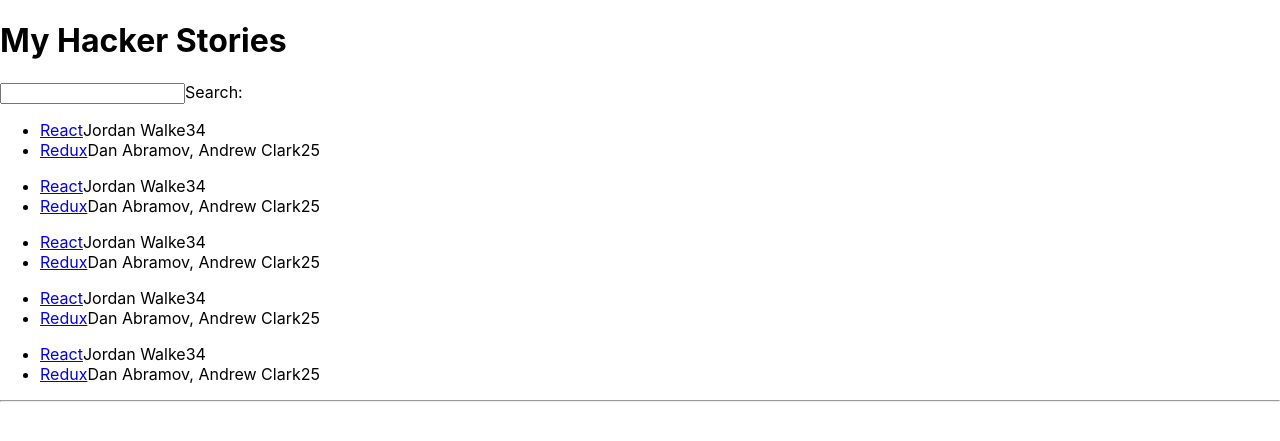
Repository: m-ahmadshaikh/FullStackProjects
Page: / (app in 03-react/hacker-stories/)
These files come from the project's save history. The page is drawn as it stood at one moment and after the next save; the edit follows.
The browser window is 1280 px wide. The pictures show the whole page.
The project was rebuilt for these pictures with package versions that can differ from the ones it lists, and the page was loaded fresh each time. Also part of the build but not shown: 03-react/hacker-stories/src/App.css.

Above is the page before, as saved 2022-08-24 10:39:24.

### 03-react/hacker-stories/src/index.js
import React from 'react';
import ReactDOM from 'react-dom/client';
import './index.css';
import App from './App';
import reportWebVitals from './reportWebVitals';

const root = ReactDOM.createRoot(document.getElementById('root'));
root.render(
  // eslint-disable-next-line react/jsx-filename-extension
  <React.StrictMode>
    <App />
  </React.StrictMode>,
);

// If you want to start measuring performance in your app, pass a function
// to log results (for example: reportWebVitals(console.log))
// or send to an analytics endpoint. Learn more: https://bit.ly/CRA-vitals
reportWebVitals();

### 03-react/hacker-stories/src/App.jsx
import './App.css';

// const title = 'React';

// eslint-disable-next-line no-unused-vars
const list = [
  {
    title: 'React',
    url: 'https://reactjs.org/',
    author: 'Jordan Walke',
    num_comments: 3,
    points: 4,
    objectID: 0,
  },
  {
    title: 'Redux',
    url: 'https://redux.js.org/',
    author: 'Dan Abramov, Andrew Clark',
    num_comments: 2,
    points: 5,
    objectID: 1,
  },
];
function List() {
  return (
    <ul>
      {list.map((item) => (
        <li key={item.objectID}>
          <span>
            <a href={item.url}>{item.title}</a>
          </span>
          <span>{item.author}</span>
          <span>{item.num_comments}</span>
          <span>{item.points}</span>
        </li>
      ))}
    </ul>
  );
}

function Search() {
  function handleChange(event) {
    console.log(event.target.value);
  }
  return (
    <label htmlFor="search">
      <input id="search" type="text" onChange={handleChange} />
      Search:
      {' '}
    </label>
  );
}
function App() {
  const stories = [
    {
      title: 'React',
      url: 'https://reactjs.org/',
      author: 'Jordan Walke',
      num_comments: 3,
      points: 4,
      objectID: 0,
    },
    {
      title: 'Redux',
      url: 'https://redux.js.org/',
      author: 'Dan Abramov, Andrew Clark',
      num_comments: 2,
      points: 5,
      objectID: 1,
    },
  ];
  return (
    <div>
      <h1>
        My Hacker Stories
      </h1>
      <Search />

      <List />

      <List />
      <List />
      <List />
      <List />

      <hr />
    </div>
  );
}

export default App;

Loaded but not shown: 03-react/hacker-stories/public/index.html (common file); 03-react/hacker-stories/src/index.css (common file); 03-react/hacker-stories/src/reportWebVitals.js (common file)

After the next save:
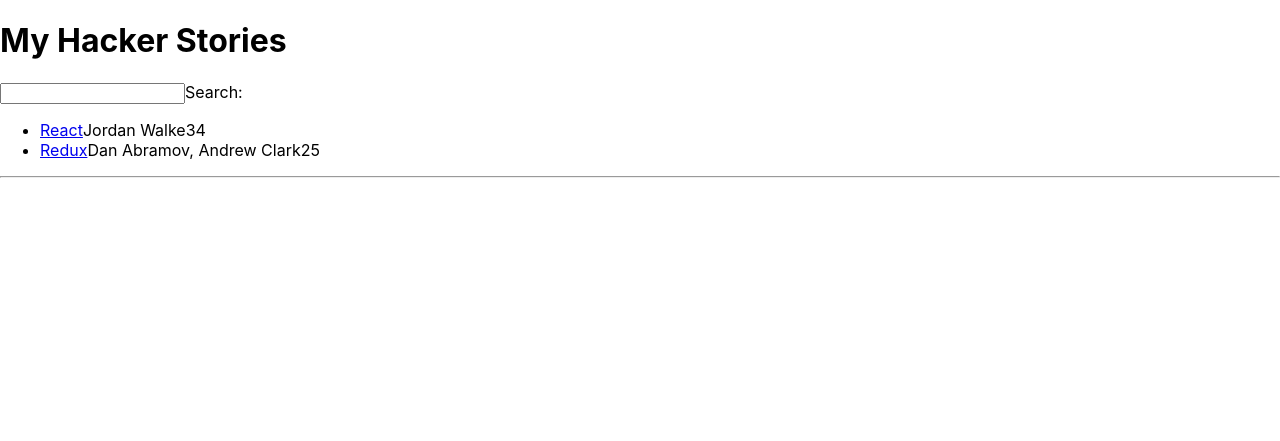
Saved 15 s later.
--- a/03-react/hacker-stories/src/App.jsx
+++ b/03-react/hacker-stories/src/App.jsx
@@ -78,10 +78,6 @@
 
       <List />
 
-      <List />
-      <List />
-      <List />
-      <List />
 
       <hr />
     </div>
